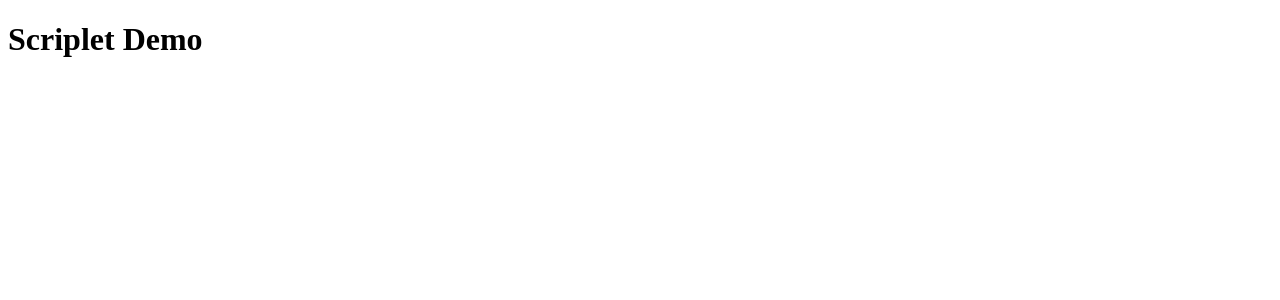
Repository: Mounika1417/assignments
Page: http://localhost/TestJSP/test.jsp
These files come from the project's save history. The page is drawn as it stood at one moment and after the next save; the edit follows.
The browser window is 1280 px wide. The pictures show the whole page.
The page is served by Tomcat 9.

Above is the page before, as saved 2024-07-29 07:07:41.

After the next save:
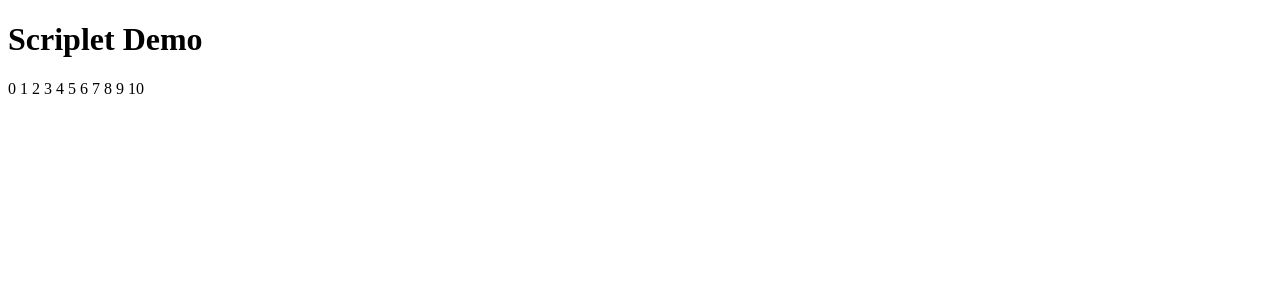
Saved 39 s later.
--- a/TestJSP/src/main/webapp/test.jsp
+++ b/TestJSP/src/main/webapp/test.jsp
@@ -12,7 +12,7 @@
 
 <%
 for (int i=0;i<=10;i++)
-	System.out.println(i);
+	out.println(i);
 %>
 
 </body>
